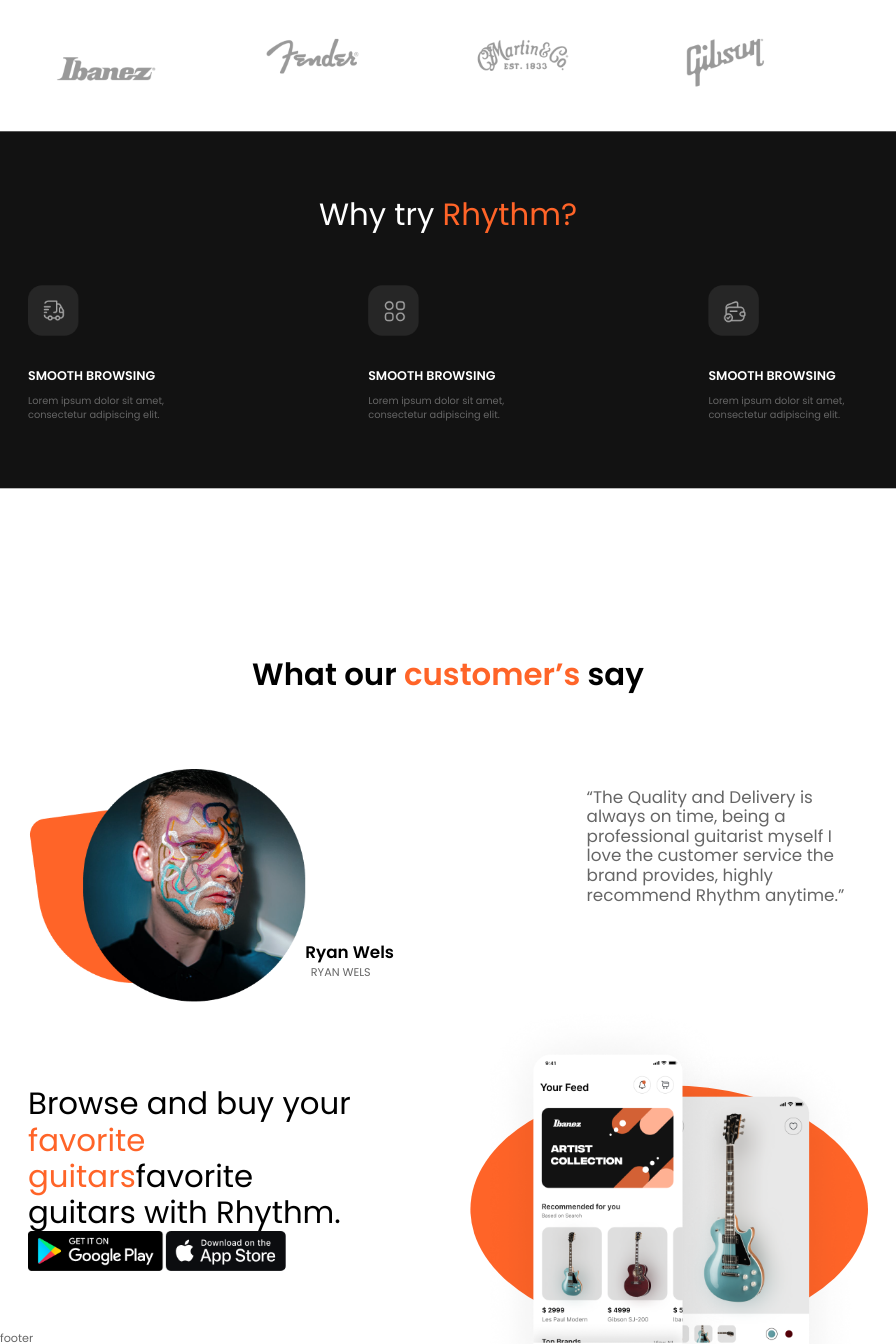
Repository: MorgunovaAlexandra/verstka-gitare-store
Page: index.html
These files come from the project's save history. The page is drawn as it stood at one moment and after the next save; the edit follows.
The browser window is 1280 px wide. The pictures show the part of the page from y = 2622 to 4542 px (the page is 4542 px tall before and 4456 px after), at 70% of full size.

Above is the page before, as saved 2022-06-11 20:05:36.

After the next save:
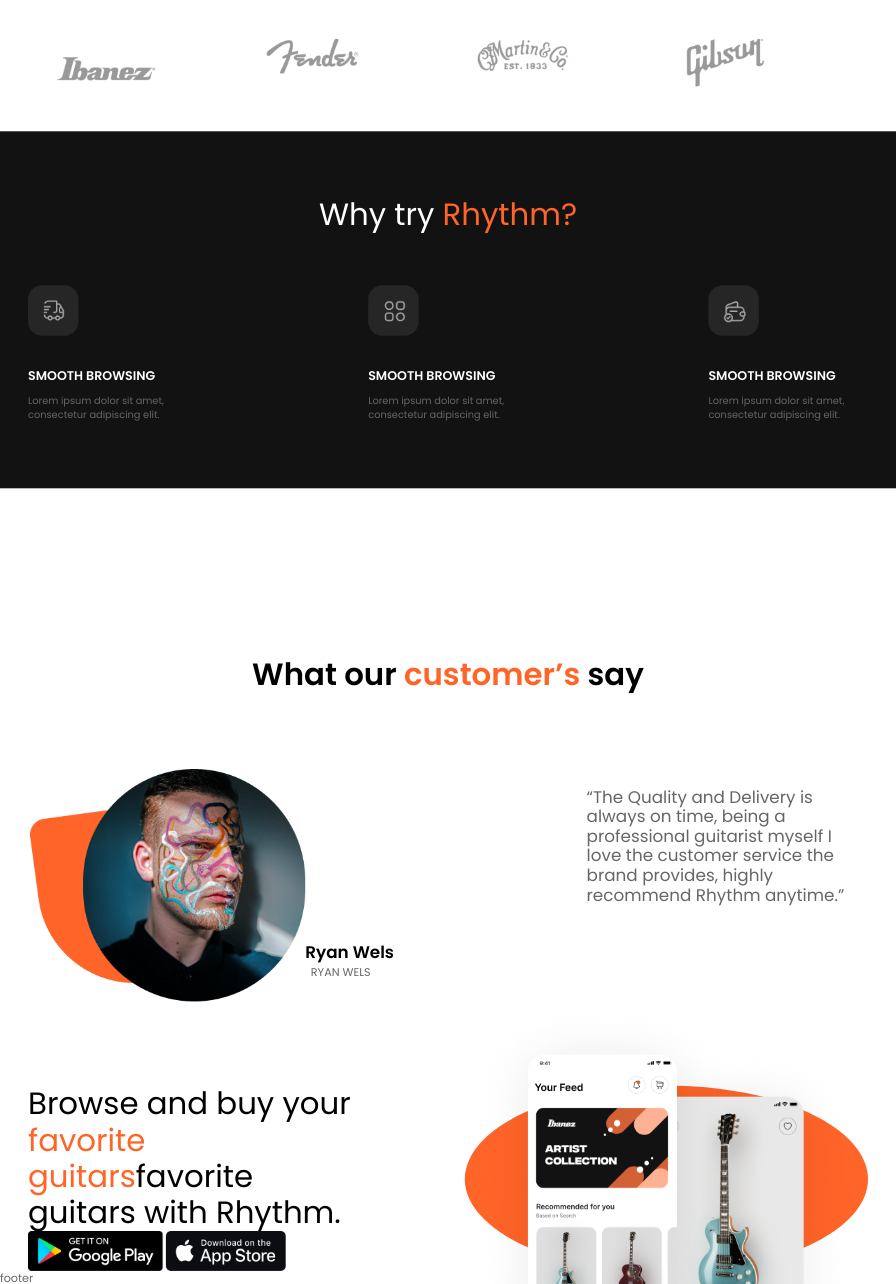
Saved 13 s later.
--- a/style.css
+++ b/style.css
@@ -533,8 +533,7 @@
 .browse__block2{
 width: 48%;
 background-color: #FF6428;
-width: 568px;
-height: 354px;
+
 border-radius: 70%;
 position: relative;
 }
